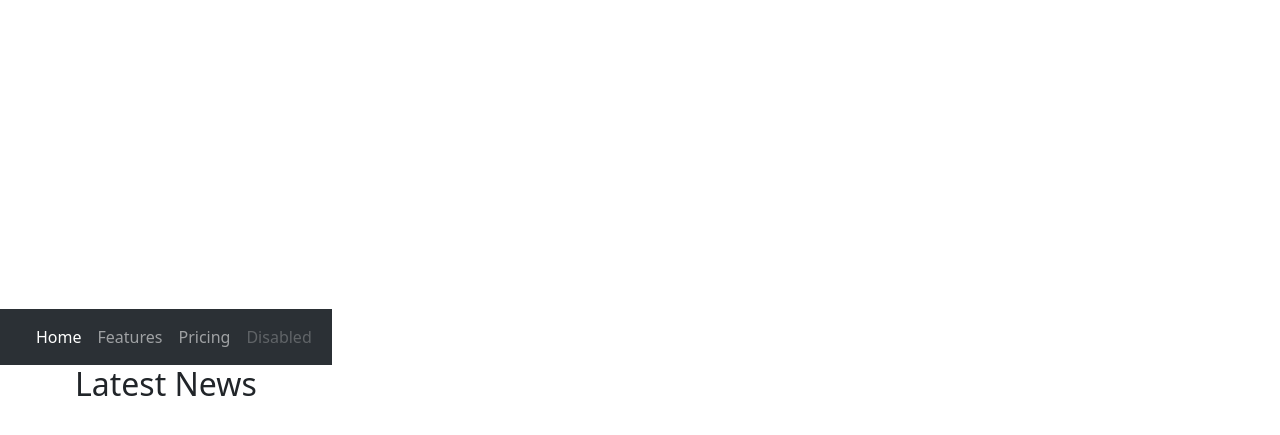
Repository: Abhilash2909/NewsWeb
Page: /
An editor plug-in stored every save of this project. The page is shown before and after a run of saves, followed by the edit.
The browser window is 1280 px wide. The pictures show the whole page.
The project was rebuilt for these pictures with package versions that can differ from the ones it lists, and the page was loaded fresh each time. Also part of the build but not shown: vite.config.js.

Above is the page before, as saved 2024-05-21 22:38:28.

### index.html
<!doctype html>
<html lang="en">
  <head>
    <meta charset="UTF-8" />
    <link href="https://cdn.jsdelivr.net/npm/bootstrap@5.3.3/dist/css/bootstrap.min.css" rel="stylesheet" integrity="sha384-QWTKZyjpPEjISv5WaRU9OFeRpok6YctnYmDr5pNlyT2bRjXh0JMhjY6hW+ALEwIH" crossorigin="anonymous">
    <meta name="viewport" content="width=device-width, initial-scale=1.0" />
    <title>News Web</title>
  </head>
  <body>
    <div id="root"></div>
    <script type="module" src="/src/main.jsx"></script>
    <script src="https://cdn.jsdelivr.net/npm/bootstrap@5.3.3/dist/js/bootstrap.bundle.min.js" integrity="sha384-YvpcrYf0tY3lHB60NNkmXc5s9fDVZLESaAA55NDzOxhy9GkcIdslK1eN7N6jIeHz" crossorigin="anonymous"></script>
  </body>
</html>

### src/App.jsx
import Navbar from "./Components/Navbar"
import NewsBoard from "./Components/NewsBoard"

const App = () => {
  return (
    <div>
      <Navbar/>
      <NewsBoard/>
    </div>
  )
}

export default App

### src/Components/Navbar.jsx

const Navbar = () => {
  return (
    <nav className="navbar navbar-expand-lg bg-body-tertiary" data-bs-theme="dark">
  <div className="container-fluid">
    <a className="navbar-brand" href="#"><span></span></a>
    <button className="navbar-toggler" type="button" data-bs-toggle="collapse" data-bs-target="#navbarNav" aria-controls="navbarNav" aria-expanded="false" aria-label="Toggle navigation">
      <span className="navbar-toggler-icon"></span>
    </button>
    <div className="collapse navbar-collapse" id="navbarNav">
      <ul className="navbar-nav">
        <li className="nav-item">
          <a className="nav-link active" aria-current="page" href="#">Home</a>
        </li>
        <li className="nav-item">
          <a className="nav-link" href="#">Features</a>
        </li>
        <li className="nav-item">
          <a className="nav-link" href="#">Pricing</a>
        </li>
        <li className="nav-item">
          <a className="nav-link disabled" aria-disabled="true">Disabled</a>
        </li>
      </ul>
    </div>
  </div>
</nav>
  )
}

export default Navbar

### src/Components/NewsBoard.jsx

const NewsBoard = () => {
    return (
      <div>
        <h2 className="text-center">Latest <span className="">News</span></h2>
      </div>
    )
  }

export default NewsBoard

Loaded but not shown: src/main.jsx (common file); src/index.css (common file)

After the next 2 saves:
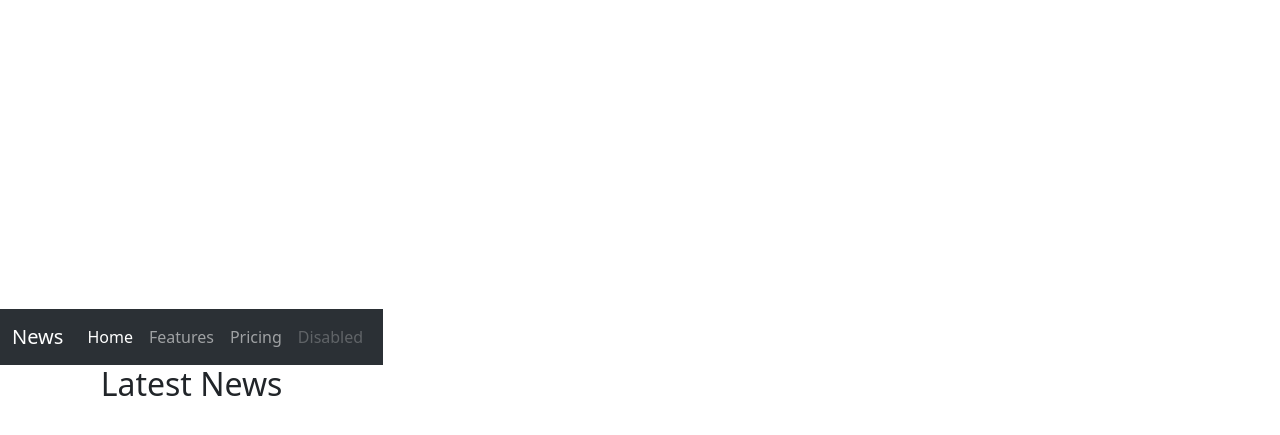
The 2 saves are shown as one change because they came seconds apart.
The last was saved 7 s later.
--- a/src/Components/Navbar.jsx
+++ b/src/Components/Navbar.jsx
@@ -3,7 +3,7 @@
   return (
     <nav className="navbar navbar-expand-lg bg-body-tertiary" data-bs-theme="dark">
   <div className="container-fluid">
-    <a className="navbar-brand" href="#"><span></span></a>
+    <a className="navbar-brand" href="#"><span>News</span></a>
     <button className="navbar-toggler" type="button" data-bs-toggle="collapse" data-bs-target="#navbarNav" aria-controls="navbarNav" aria-expanded="false" aria-label="Toggle navigation">
       <span className="navbar-toggler-icon"></span>
     </button>
